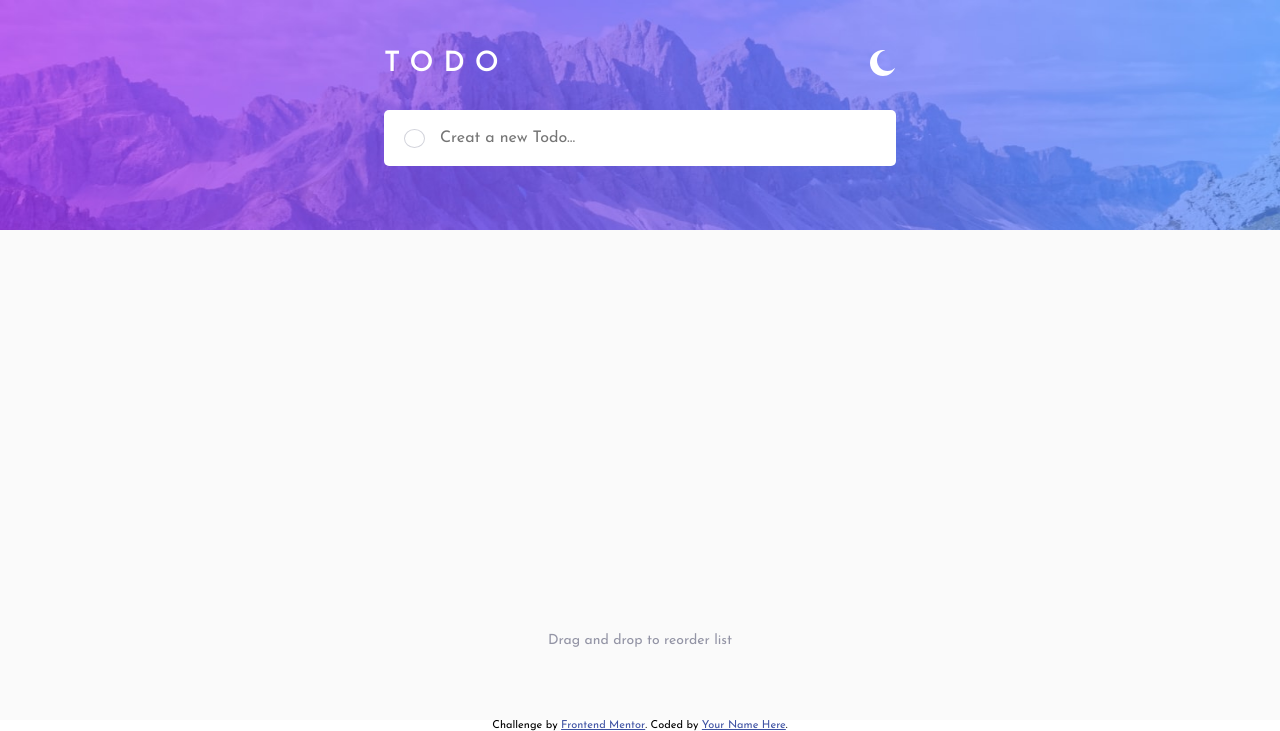
Repository: Baraajad231/Todo-app
Page: /
An editor plug-in stored every save of this project. The page is shown before and after the next save, followed by the edit.
The browser window is 1280 px wide. The pictures show the whole page.
The project was rebuilt for these pictures with package versions that can differ from the ones it lists, and the page was loaded fresh each time. Also part of the build but not shown: vite.config.js.

Above is the page before, as saved 2026-01-16 01:38:25.

### index.html
<!DOCTYPE html>
<html lang="en" data-theme="light">
  <head>
    <meta charset="UTF-8" />
    <meta name="viewport" content="width=device-width, initial-scale=1.0" />
    <!-- displays site properly based on user's device -->

    <link
      rel="icon"
      type="image/png"
      sizes="32x32"
      href="./images/favicon-32x32.png"
    />

    <title>Frontend Mentor | Todo app</title>

    <!-- Feel free to remove these styles or customise in your own stylesheet 👍 -->
    <style>
      .attribution {
        font-size: 11px;
        text-align: center;
      }
      .attribution a {
        color: hsl(228, 45%, 44%);
      }
    </style>

    <link rel="preconnect" href="https://fonts.googleapis.com" />
    <link rel="preconnect" href="https://fonts.gstatic.com" crossorigin />
    <link
      href="https://fonts.googleapis.com/css2?family=Josefin+Sans:ital,wght@0,100..700;1,100..700&display=swap"
      rel="stylesheet"
    />

    <link rel="stylesheet" href="./styles/style.scss" />
  </head>
  <body>
    <div class="container">
      <picture class="background-Wrapper">
        <source
          media="(min-width:465px)"
          srcset="images/bg-desktop-light.jpg"
        />
        <img
          src="images/bg-mobile-light.jpg"
          alt="bg-mobile-light"
          class="background background-light"
        />
      </picture>

      <div class="todo">
        <div class="todo__header">
          <h1 class="todo__title">TODO</h1>
          <button class="todo__theme button">
            <img src="images/icon-moon.svg" alt="moon icon" />
          </button>
        </div>

        <div class="todo__input">
          <button class="checkbox button">
            <img
              src="./images/icon-check.svg"
              alt="check"
              class="checkbox__icon"
            />
          </button>
          <input
            type="text"
            placeholder="Creat a new Todo..."
            class="todo__input--field"
          />
        </div>

        <ul class="todo__list"></ul>

        <div class="todo__status-bar hidden">
          <div class="items-left">
            <span class="items-count">0</span>
            <span class="items-text">items left</span>
          </div>

          <div class="filter-group">
            <button class="button-filter button active" data-type="all">
              All
            </button>
            <button class="button-filter button" data-type="active">
              Active
            </button>
            <button class="button-filter button" data-type="completed">
              Completed
            </button>
          </div>

          <button class="button-clear button">Clear Completed</button>
        </div>
      </div>
    </div>
    <p class="note">Drag and drop to reorder list</p>

    <div class="attribution">
      Challenge by
      <a href="https://www.frontendmentor.io?ref=challenge" target="_blank"
        >Frontend Mentor</a
      >. Coded by <a href="#">Your Name Here</a>.
    </div>
    <script type="module" src="./scripts/index.js"></script>
  </body>
</html>

### styles/style.scss
/*variables*/
:root {
  /* ===== Brand / Primary ===== */
  --color-primary: hsl(220, 98%, 61%);
  --gradient-check: linear-gradient(hsl(192, 100%, 67%), hsl(280, 87%, 65%));

  /* ===== Typography ===== */
  --font-family-base: "Josefin Sans", sans-serif;
  --font-size-base: 16px;
  --font-weight-regular: 400;
  --font-weight-bold: 700;

  /* ===== Theme fallbacks (important) ===== */
  --color-bg: hsl(0, 0%, 98%);
  --color-surface: #ffffff;
  --color-text-primary: hsl(235, 19%, 35%);
  --color-text-secondary: hsl(236, 9%, 61%);
  --color-border: hsl(233, 11%, 84%);
  --color-completed: hsl(234, 39%, 85%);
}

:root[data-theme="light"] {
  --color-bg: hsl(0, 0%, 98%);
  --color-surface: #ffffff;

  --color-text-primary: hsl(235, 19%, 35%);
  --color-text-secondary: hsl(236, 9%, 61%);

  --color-border: hsl(233, 11%, 84%);
  --color-completed: hsl(234, 39%, 85%);
}

:root[data-theme="dark"] {
  --color-bg: hsl(235, 21%, 11%);
  --color-surface: hsl(235, 24%, 19%);

  --color-text-primary: hsl(234, 39%, 85%);
  --color-text-secondary: hsl(236, 9%, 61%);

  --color-border: hsl(237, 14%, 26%);
  --color-completed: hsl(233, 14%, 35%);
}

/* Reset */
* {
  margin: 0;
  padding: 0;
  font: inherit;
}

*,
*::after,
*::before {
  box-sizing: border-box;
}

a {
  color: inherit;
  display: inline-block;
}

button,
[type="submit"] {
  background-color: transparent;
  border: none;
  cursor: pointer;
}

ul,
ol {
  list-style: none;
}

html {
  font-size: 62.5%;
}

body {
  font-size: 1.6rem;
  font-family: var(--font-family-base);
  color: var(--color-text-primar);
}
/* End Reset */

/*container*/
.container {
  position: relative;
  min-height: 100vh;
  width: 100vw;
  background-color: var(--color-bg);
}
.background {
  width: 100vw;
  height: 20.65rem;

  @media (min-width: 768px) {
    height: 21rem;
  }
  @media (min-width: 950px) {
    height: 23rem;
  }
}

.todo {
  display: flex;
  flex-direction: column;
  position: absolute;
  top: 0;
  width: calc(100% - 6rem);
  margin: 5rem 3rem;
  z-index: 2;

  @media (min-width: 768px) {
    width: 70%;
    left: 50%;
    transform: translateX(-50%);
    margin: 5rem 0;
  }

  @media (min-width: 950px) {
    width: 40%;
    left: 50%;
    transform: translateX(-50%);
    margin: 5rem 0;
  }

  &__header {
    display: flex;
    justify-content: space-between;
    margin-bottom: 3rem;

    .todo__title {
      font-size: 2.4rem;
      color: white;
      letter-spacing: 1rem;
      font-weight: 600;

      @media (min-width: 950px) {
        font-size: 3.2rem;
      }
      @media (min-width: 768px) {
        font-size: 2.8rem;
      }
    }
  }
  &__input {
    background-color: var(--color-surface);
    display: flex;
    align-items: center;

    margin-bottom: 1.5rem;
    padding: 0 2rem;
    border-radius: 0.5rem;

    @media (min-width: 950px) {
      margin-bottom: 2rem;
    }

    &--field {
      border: none;
      background-color: transparent;
      width: 100%;
      padding: 2rem 0;
      color: var(--color-text-primary);

      &:focus {
        outline: none;
        caret-color: var(--color-primary);
      }
    }
  }

  &__list {
    max-height: 41vh;
    overflow-y: auto;
    overflow-x: hidden;
    transition: transform 0.2s ease;

    font-size: 1.2rem;
    @media (min-width: 950px), (min-width: 768px) {
      font-size: 1.6rem;
    }

    &__row {
      background-color: var(--color-surface);
      padding: 1.5rem 2rem;
      display: flex;
      align-items: center;
      color: var(--color-text-primary);
      box-shadow: 0 3rem 3rem 1rem rgba(0, 0, 0, 0.045);
      border-bottom: 1px solid var(--color-border);
      cursor: grab;
      user-select: none;
      touch-action: none;
      transition: all 0.2s ease;

      width: 100%;

      &:nth-child(1) {
        border-radius: 0.5rem 0.5rem 0 0;
      }

      & .todo__list__task {
        margin-right: auto;
      }

      @media (hover: hover) {
        & .remove-btn {
          visibility: hidden;
          opacity: 0;
          scale: 0.5;
          transition: all 0.3s;
        }
        &:hover .remove-btn {
          visibility: visible;
          opacity: 1;
          scale: 1; // transition: all 1s;
        }
      }
    }
  }
  .completed {
    text-decoration: line-through;
    color: var(--color-completed);

    & .todo__input--field {
      color: var(--color-completed);
    }
    & .checkbox {
      background: var(--gradient-check);
    }
  }

  .checkbox {
    border: 1px solid var(--color-border);
    border-radius: 50%;
    margin-right: 1rem;
    display: flex;
    align-items: center;
    justify-content: center;

    @media (min-width: 950px) {
      margin-right: 1.5rem;
    }

    &__icon {
      opacity: 0;
      visibility: hidden;
      padding: 0.4rem;
    }
  }

  .completed .checkbox__icon {
    opacity: 1;
    visibility: visible;
  }

  &__status-bar {
    display: flex;
    align-items: center;
    justify-content: space-between;
    position: relative;
    background-color: var(--color-surface);
    color: var(--color-text-primary);
    box-shadow: 0 3rem 3rem 1rem rgba(0, 0, 0, 0.045);
    border-radius: 0 0 0.5rem 0.5rem;
    padding: 1.5rem 2rem;
    font-size: 1.2rem;
    border-top: 1px solid var(--color-border);

    & .items-left {
      color: var(--color-text-secondary);
    }
    & .filter-group {
      display: flex;
      justify-content: center;
      gap: 2rem;
      font-size: 1.4rem;

      @media (max-width: 1000px) {
        position: absolute;
        bottom: -65px;
        left: 0;
        right: 0;
        padding: 1.5rem 2rem;
        border-radius: 0.5rem;
        background-color: var(--color-surface);
        box-shadow: 0 3rem 3rem 1rem rgba(0, 0, 0, 0.045);
      }
    }
  }
}

.hidden {
  display: none;
}

.note {
  position: absolute;
  bottom: 10%;
  left: 50%;
  transform: translateX(-50%);
  width: max-content;
  font-size: 1.4rem;
  color: var(--color-text-secondary);
}

.button {
  color: var(--color-text-secondary);
  transition: all 0.3s;

  &:active {
    transform: scale(0.9);
    color: var(--color-text-primary);
  }

  &-filter {
    font-weight: 600;
  }
}

.active {
  transition: all 0.3s;
  color: var(--color-primary);
}

.task.dragging {
  opacity: 0.7;
  cursor: grabbing;
  z-index: 1000;
  box-shadow: 0 12px 30px rgba(0, 0, 0, 0.25);
  transform: scale(1.02);
  transition: none;
  pointer-events: none;
}

.placeholder {
  border: 2px dashed #ccc;
  // background: transparent;
  // background-color: var(--color-surface);
  background-color: var(--color-bg);
}

### scripts/index.js
import {
  initClickEventsListeners,
  initDragAndDropEvent,
  inputTaskEvent,
} from "./events";
import { initList } from "./renderTasks";
import { getTheme } from "./tasksStorage";
import { initTheme } from "./toggleThemeHandler";

initList();
initClickEventsListeners();
inputTaskEvent();
initDragAndDropEvent();

### scripts/renderTasks.js
import {
  activeFilter,
  completedFilter,
  itemsCount,
  taskList,
  todoStatusBar,
} from "./elements";
import { activeClassHandler } from "./filtersHandler";
import { getFilterState, getTasks, getTheme } from "./tasksStorage";
import { initTheme } from "./toggleThemeHandler";

export const itemsCountHandler = (tasks) => {
  let count = 0;
  tasks.forEach((task) => {
    if (!task.isCompleted) {
      count++;
    }
  });
  itemsCount.textContent = count;
};

export const ShowHideControls = (count) => {
  todoStatusBar.classList.toggle("hidden", count === 0);
};

export const renderTasks = (type) => {
  let tasks = getTasks();

  const pastTasks = document.querySelectorAll(".task");
  pastTasks.forEach((task) => {
    task.remove();
  });

  if (type === "active") {
    console.log("type = active");

    let activeTasks = [];
    tasks.forEach((task) => {
      if (!task.isCompleted) {
        activeTasks.push(task);
      }
    });
    tasks = activeTasks;
    activeClassHandler(activeFilter);
  }

  if (type === "completed") {
    console.log("type = completed");

    let completedTasks = [];
    tasks.forEach((task) => {
      if (task.isCompleted) {
        completedTasks.push(task);
      }
    });
    tasks = completedTasks;
    activeClassHandler(completedFilter);
  }

  // بدنا نعمل حركة بحيث نجيب ال task المحددة الي بدنا اياها من الLC

  let tasksElements = ``;
  tasks.forEach((task, index) => {
    tasksElements += `
    <li class="todo__list__row task ${
      task.isCompleted ? "completed" : ""
    }" data-index="${index}" data-completed="${task.isCompleted}" data-id="${
      task.id
    }">
            <button class="checkbox button">
              <img
                src="./images/icon-check.svg"
                alt="check"
                class="checkbox__icon"
              />
            </button>
            <span class="todo__list__task">${task.taskValue}</span>
            <button class="remove-btn button">
              <img src="./images/icon-cross.svg" alt="" class="remove-icon" />
            </button>
    </li>`;
  });
  console.log(tasks.length);

  itemsCountHandler(getTasks());
  ShowHideControls(getTasks().length);

  taskList.insertAdjacentHTML("afterBegin", tasksElements);
};

export const initList = () => {
  renderTasks(getFilterState());
  initTheme(getTheme());
};

### scripts/tasksStorage.js
export const getTasks = () => {
  const raw = localStorage.getItem("tasksList");
  if (!raw) return [];
  try {
    return JSON.parse(raw);
  } catch {
    return [];
  }
};

export const saveTasks = (tasks) => {
  localStorage.setItem("tasksList", JSON.stringify(tasks));
};

export const findTask = (index) => {
  const tasks = getTasks();
  return tasks[index];
};
/*  هذه الطريقة الافضل لانه ممكن الي فوق ترجع خطأ*/
// export const findTask = (index) => {
//   const tasks = getTasks();
//   console.log(index);

//   return tasks.find((task) => task.index === index);
// };

export const saveFilterState = (state) => {
  localStorage.setItem("tasksFilter", state);
};

export const getFilterState = () => {
  return localStorage.getItem("tasksFilter");
};

export const getTheme = () => {
  return localStorage.getItem("theme");
};

export const saveTheme = (theme) => {
  localStorage.setItem("theme", theme);
};

### scripts/toggleThemeHandler.js
import { iconTheme, img, source } from "./elements";
import { saveTheme } from "./tasksStorage";

export const toggleThemeHandler = () => {
  // نغير ال data set عشان ال css يشوف شغله
  const html = document.querySelector("html");
  const isDark = html.dataset.theme === "dark";
  html.dataset.theme = isDark ? "light" : "dark";

  updateBackground(html.dataset.theme);
  updateThemeIcon(html.dataset.theme);
  saveTheme(JSON.stringify(html.dataset.theme));
};

const updateBackground = (theme) => {
  if (theme === "dark") {
    source.srcset = "images/bg-desktop-dark.jpg";
    img.src = "images/bg-mobile-dark.jpg";
  } else {
    source.srcset = "images/bg-desktop-light.jpg";
    img.src = "images/bg-mobile-light.jpg";
  }
};

const updateThemeIcon = (theme) => {
  iconTheme.src =
    theme === "dark" ? "images/icon-sun.svg" : "images/icon-moon.svg";
};

export const initTheme = (theme) => {
  const html = document.querySelector("html");
  html.dataset.theme = theme;
};

### scripts/checkboxHandler.js
import { itemsCountHandler } from "./renderTasks";
import { findTask, getTasks, saveTasks } from "./tasksStorage";

export const checkboxHandler = (index) => {
  const taskElement = document.querySelector(`.task[data-index="${index}"]`);
  taskElement?.classList.toggle("completed");

  taskElement.classList.contains("completed")
    ? (taskElement.dataset.completed = "true")
    : (taskElement.dataset.completed = "false");

  const task = findTask(index);

  task.isCompleted = !task.isCompleted;

  const tasks = getTasks();
  tasks[index] = task;
  saveTasks(tasks);
  itemsCountHandler(getTasks());
};

export const checkboxinputHandler = () => {
  const inputDiv = document.querySelector(".todo__input");
  inputDiv?.classList.toggle("completed");
};

//   ممكن نزبط ال eventListener  بحيث نخليه ع كل العنصر الاب و باستخدام بنحدد العنصر الذي تنفذ عليه الدوال الخاصة به وايضا (closest)
//   event Delegation
//   بيبقى نحدث الذاكرة
//    لا تنسى ال checkbox تاع ال input ===> وهذا يفتح باب انه تحط isCompleted > true لما بدك تظهر ال task على ال list

### scripts/clearBtnHandler.js
import { renderTasks } from "./renderTasks";
import { getFilterState, getTasks, saveTasks } from "./tasksStorage";

export const clearBtnHandler = () => {
  let tasks = getTasks();
  let remainingTasks = [];
  tasks.forEach((task) => {
    if (!task.isCompleted) {
      remainingTasks.push(task);
    }
  });

  tasks = remainingTasks;
  saveTasks(tasks);

  renderTasks(getFilterState());
  console.log("From Handler");
};

### scripts/elements.js
export const inputField = document.querySelector(".todo__input--field");
export const taskList = document.querySelector(".todo__list");
export const todoStatusBar = document.querySelector(".todo__status-bar ");
export const itemsCount = document.querySelector(".items-count");

export const allFilter = document.querySelector('[data-type="all"]');
export const activeFilter = document.querySelector('[data-type="active"]');
export const completedFilter = document.querySelector(
  '[data-type="completed"]'
);

export const todo = document.querySelector(".todo");

export const source = document.querySelector("source");
export const img = document.querySelector(".background");
export const iconTheme = document.querySelector(".todo__theme img");

### scripts/filtersHandler.js
import { activeFilter, allFilter, completedFilter } from "./elements";
import { renderTasks } from "./renderTasks";
import { saveFilterState } from "./tasksStorage";

// لاظهار كل العناصر
export const allFilterHandler = () => {
  renderTasks("all");
  saveFilterState("all");
  activeClassHandler(allFilter);
};

// لاظهار العناصر الي مش ماخذة completed
export const activeFilterHandler = () => {
  renderTasks("active");
  saveFilterState("active");
  activeClassHandler(activeFilter);
};

// لاظهار العناصر الي ماخذة completed
export const completedFilterHandler = () => {
  renderTasks("completed");
  saveFilterState("completed");
  activeClassHandler(completedFilter);
};

//  لازالة و اضافة ال active class
export const activeClassHandler = (element) => {
  const activeElement = document.querySelector(".active");
  activeElement.classList.remove("active");

  element.classList.add("active");
};

### scripts/inputEnterHandler.js
import { inputField } from "./elements";
import { renderTasks } from "./renderTasks";
import { getFilterState, getTasks, saveTasks } from "./tasksStorage";

export const inputEnterHandler = (e) => {
  if (e.key !== "Enter") return;

  const taskValue = inputField.value.trim();
  if (!taskValue) {
    inputField.value = "";
    return;
  }

  addTask(taskValue);
  resetInput();
};

const addTask = (taskValue) => {
  let tasks = getTasks();

  let index = tasks.length.toString();

  const inputDiv = document.querySelector(".todo__input");

  tasks.push({
    taskValue,
    isCompleted: inputDiv.classList.contains("completed") ? true : false,
    id: Date.now(),
  });

  saveTasks(tasks);

  renderTasks(getFilterState());
};

const resetInput = () => {
  const inputDiv = document.querySelector(".todo__input");
  inputDiv.classList.remove("completed");
  inputField.value = "";
};

### scripts/removeTaskHandler.js
import { renderTasks } from "./renderTasks";
import { getFilterState, getTasks, saveTasks } from "./tasksStorage";

export const removeTaskHandler = (index) => {
  let tasks = getTasks();
  tasks.splice(index, 1);
  saveTasks(tasks);
  renderTasks(getFilterState());
};

Loaded but not shown: scripts/DragAndDropHAndlers.js (271 lines, source omitted); scripts/events.js (98 lines, source omitted)

After the next save:
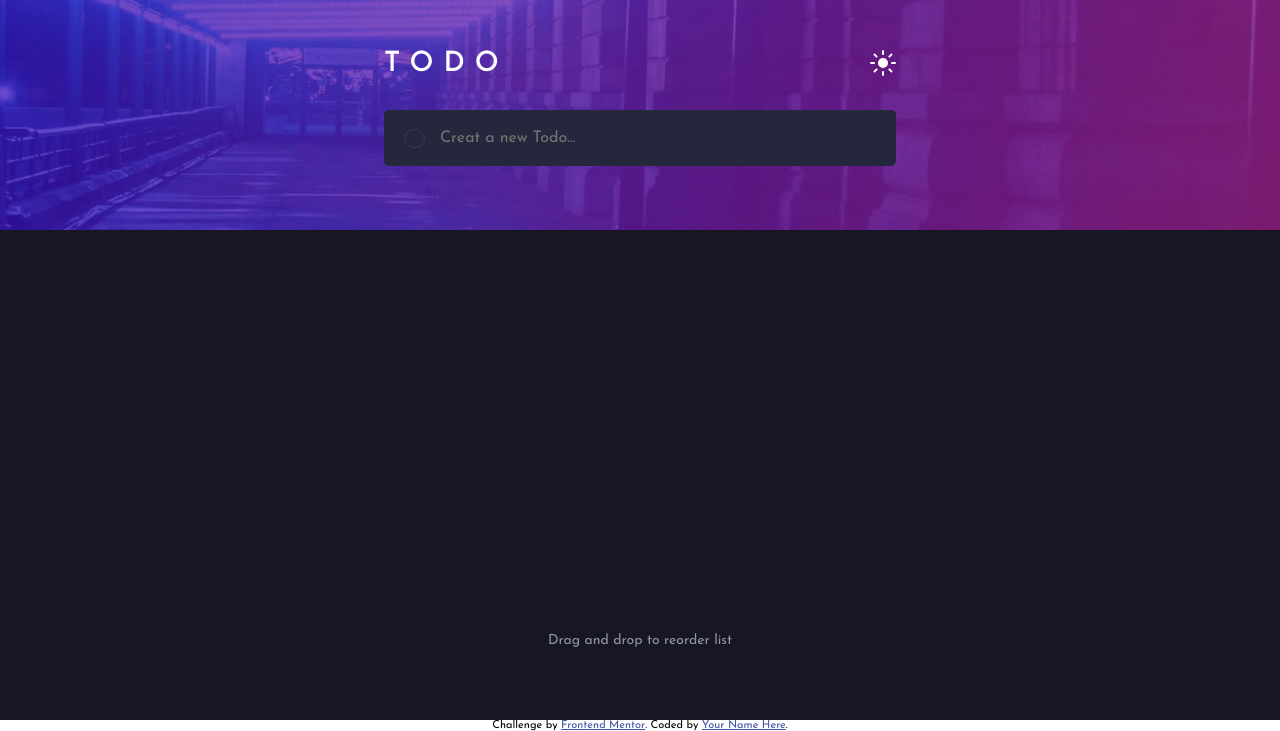
Saved 66 s later.
--- a/scripts/toggleThemeHandler.js
+++ b/scripts/toggleThemeHandler.js
@@ -28,6 +28,5 @@
 };
 
 export const initTheme = (theme) => {
-  const html = document.querySelector("html");
-  html.dataset.theme = theme;
+  toggleThemeHandler();
 };

After the 4 saves that followed:
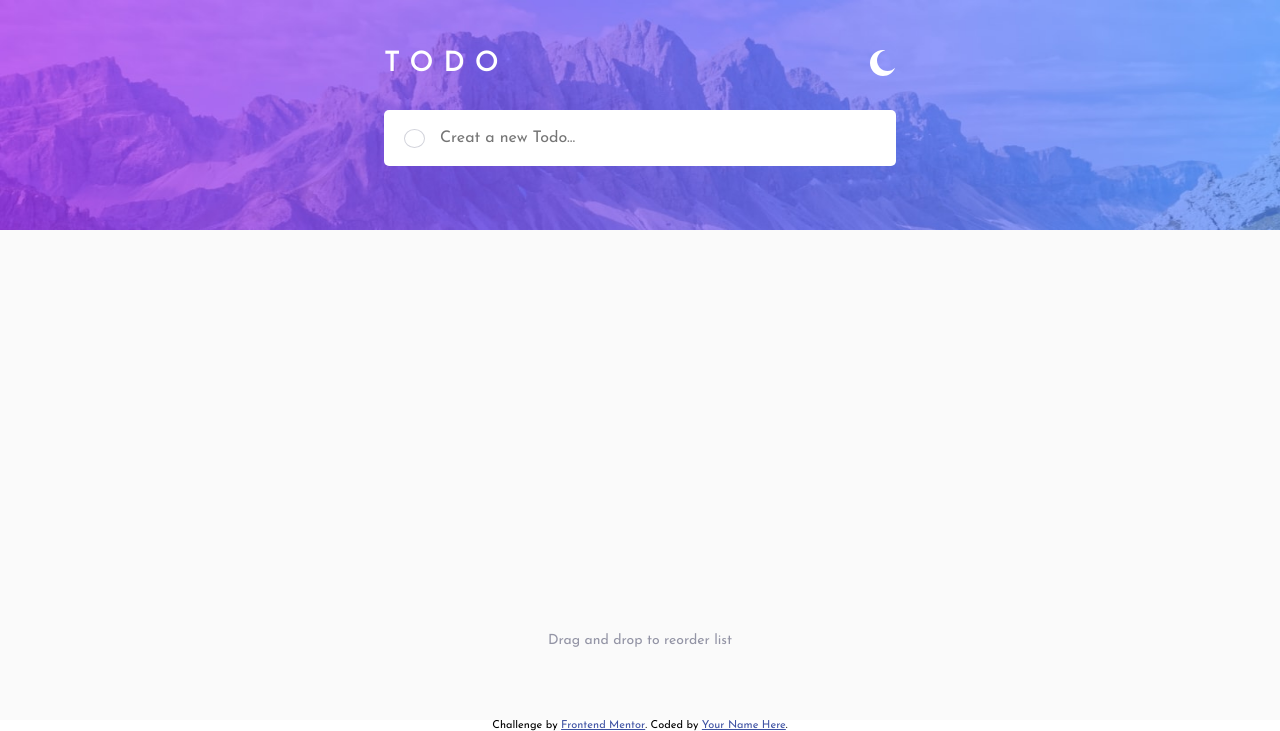
The 4 saves are shown as one change because 2 left the picture as it was and some came seconds apart.
The last was saved 99 s later.
--- a/scripts/toggleThemeHandler.js
+++ b/scripts/toggleThemeHandler.js
@@ -28,5 +28,8 @@
 };
 
 export const initTheme = (theme) => {
-  toggleThemeHandler();
+  const html = document.querySelector("html");
+  html.dataset.theme = theme;
+  updateBackground(html.dataset.theme);
+  updateThemeIcon(html.dataset.theme);
 };
